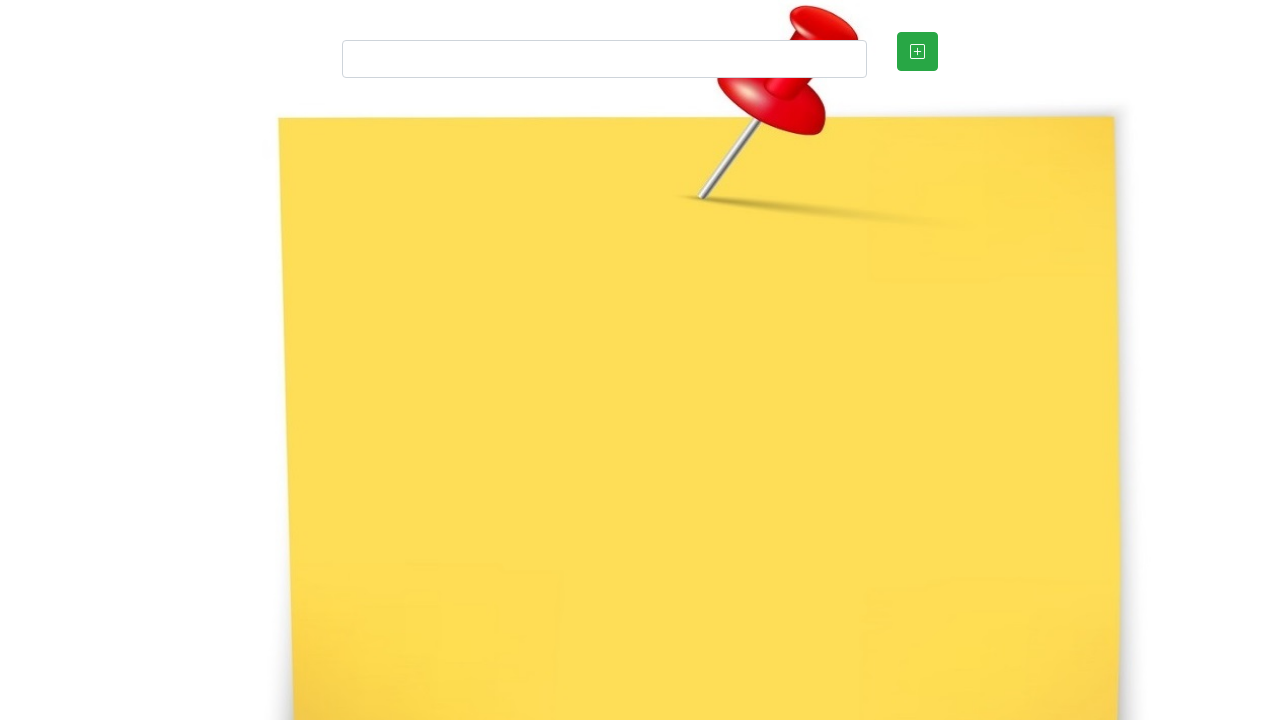
Repository: walaaElbasha/Todo-list-laravel
Page: http://localhost/tasks
The author's editor kept a copy of each file at every save. The page is drawn from the files as they stood at one save, then again after a run of saves.
The browser window is 1280 px wide. The pictures show the whole page.
The page is served by the project's Laravel application, run on PHP 8.4 with Laravel 8. Style sheets and scripts are compiled from the project's sources, by tool versions that may differ from the author's. Queries for data that is not in the repository find no rows.

Above is the page before, as saved 2021-07-01 14:27:00.

After the next 2 saves:
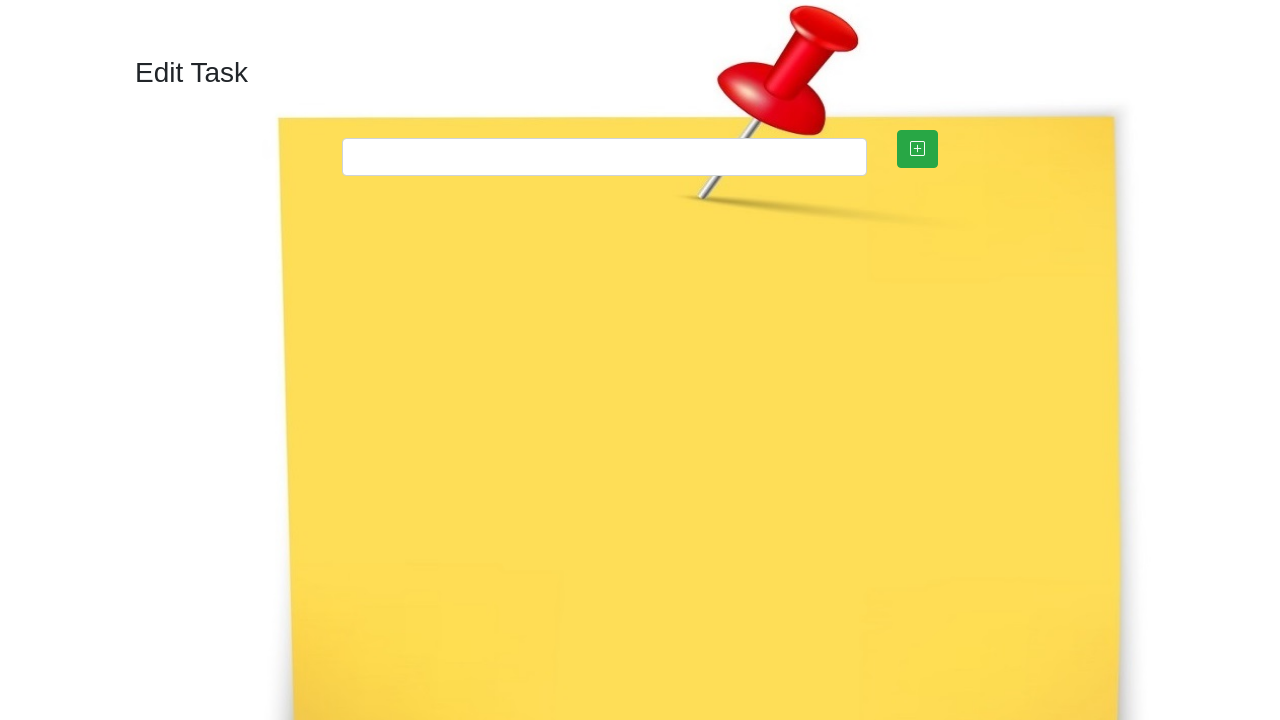
The 2 saves are shown as one change because 1 did not build or start.
The last was saved 3 min 50 s later.
--- a/resources/views/tasks/index.blade.php
+++ b/resources/views/tasks/index.blade.php
@@ -6,6 +6,21 @@
 <div>
 
     <div class="container" style=" justify-content:center; align-items:center">
+        <h1 style="
+            color: rgb(33, 33, 33),
+            backgroundColor: rgb(246, 246, 246) ;
+            margin-top: 30px;
+            margin-bottom: 30px;
+            padding-inline: 20px;
+            padding-top: 10px;
+            padding-bottom: 10px;
+            font-size: 28px;
+            font-family: sans-serif;
+            padding-left: 50px
+            "
+          }}>
+            Edit Task
+        </h1>
         <!-- Display Validation Errors -->
         <ul>
             @foreach($allTasks as $task)
@@ -14,7 +29,7 @@
 
                 <div style="display:flex">
                     <!-- <div style="justify-content:flex-start"> -->
-                        {{ $task->name}}
+                    {{ $task->name}}
 
                     <!-- </div> -->
                     <div style="justify-content:flex-end">
